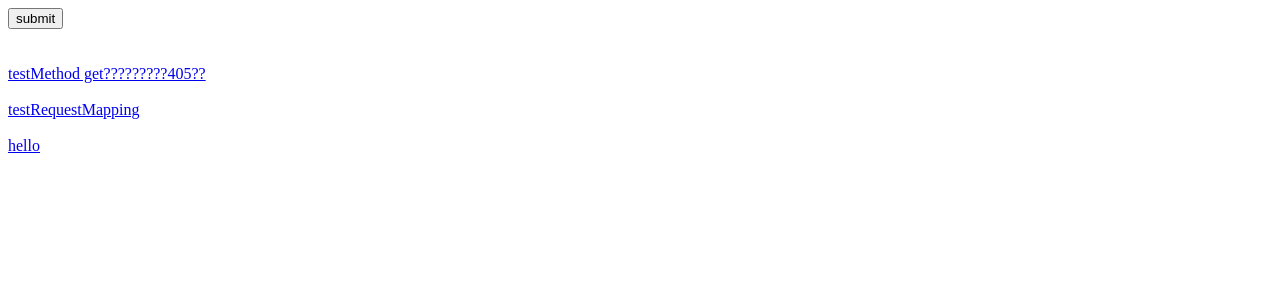
Repository: Gxxxx1989/SpringMVC
Page: http://localhost/springmvc-1/
These files come from the project's save history. The page is drawn as it stood at one moment and after the next save; the edit follows.
The browser window is 1280 px wide. The pictures show the whole page.
The page is served by Tomcat 9.

Above is the page before, as saved 2019-03-25 09:17:00.

After the next save:
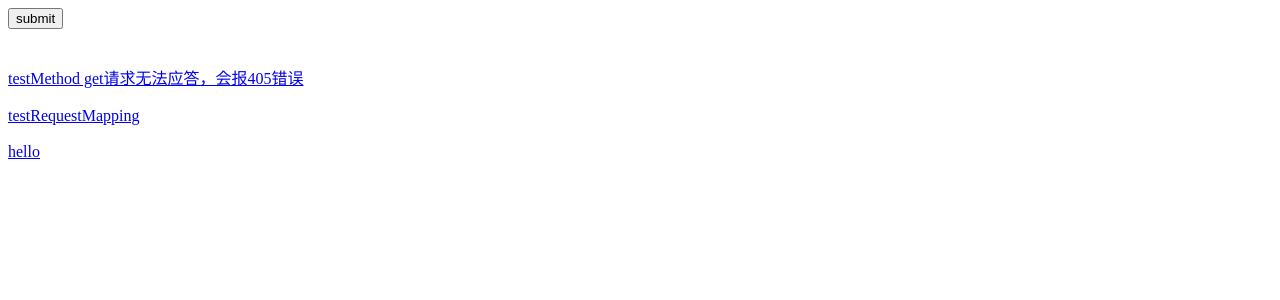
Saved 14 s later.
--- a/springmvc-1/WebContent/index.jsp
+++ b/springmvc-1/WebContent/index.jsp
@@ -1,4 +1,4 @@
-<%@ page language="java" contentType="text/html; charset=ISO-8859-1"
+<%@ page language="java" contentType="text/html; charset=utf-8"
     pageEncoding="utf-8"%>
 <!DOCTYPE html PUBLIC "-//W3C//DTD HTML 4.01 Transitional//EN" "http://www.w3.org/TR/html4/loose.dtd">
 <html>
